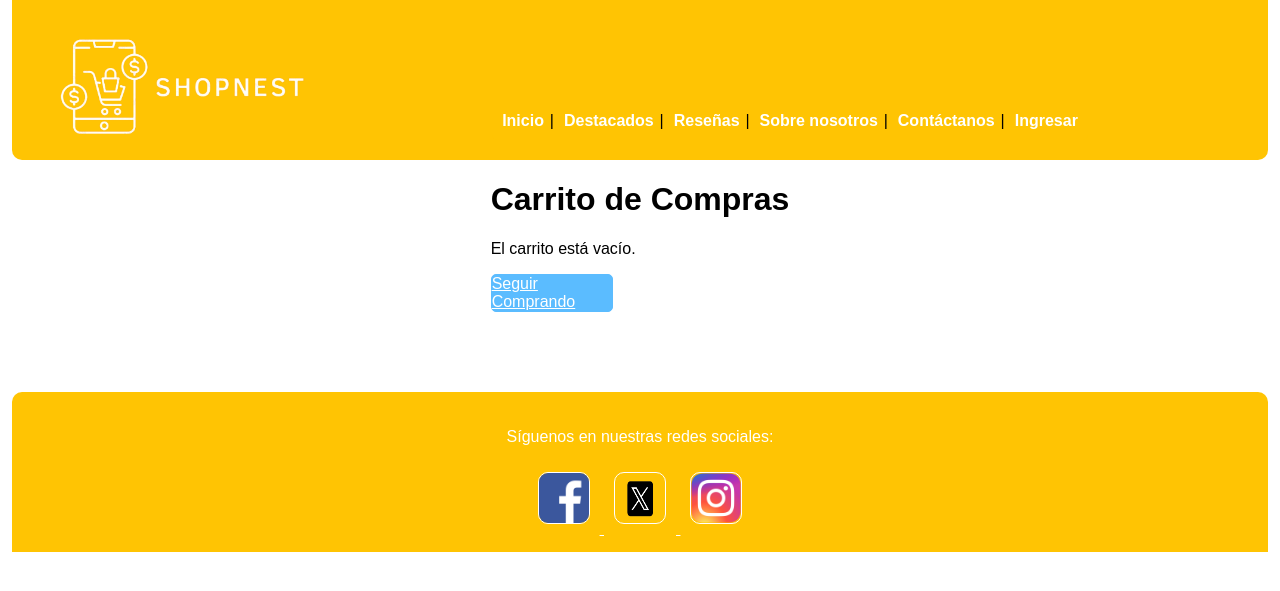
Repository: Regmalek07/ProyectoU
Page: carrito.html
An editor plug-in stored every save of this project. The page is shown before and after the next save, followed by the edit.
The browser window is 1280 px wide. The pictures show the whole page.

Above is the page before, as saved 2024-04-30 01:44:08.

### carrito.html
<!DOCTYPE html>
<html lang="es">
<head>
    <meta charset="UTF-8">
    <meta name="viewport" content="width=device-width, initial-scale=1.0">
    <title>Carrito de Compras</title>
    <link rel="stylesheet" href="styles/styles1.css">
</head>
<body>
    <header>
        <div class="logo">
            <a href="home.html">
                <img src="images/Logo_1.png" alt="LogoShop">
            </a>
        </div>
            <nav class="menu-container">
                <ul>
                    <li><a href="home.html">Inicio</a><span>|</span></li>
                    <li><a href="destacado.html">Destacados</a><span>|</span></li>
                    <li><a href="resena.html">Reseñas</a><span>|</span></li>
                    <li><a href="sobre_nosotros.html">Sobre nosotros</a><span>|</span></li>
                    <li><a href="contacto.html">Contáctanos</a><span>|</span></li>
                    <li id="btIngresar" class="menu"> <!-- Cambia la clase a "menu" -->
                        <a>Ingresar</a>
                        <ul>
                            <li><a href="inicio_sesion.html">Iniciar Sesion</a></li>
                            <li><a href="registro.html">Regístrate</a></li>
                        </ul>
                    </li>
                </ul>
            </nav>
        <nav>
            <button id="logout-button" onclick="logout()" style="display: none;">Cerrar sesión</button>
        </nav>
    </header>

    <main>
        <h1>Carrito de Compras</h1>
        <div id="carrito-container">
            <!-- Aquí se mostrarán los artículos del carrito -->
        </div>
        <div class="comprar">
            <a href="home.html">Seguir Comprando</a>
        </div>
    </main>

    <footer>
        <p>Síguenos en nuestras redes sociales:</p>
        <div>
            <a href="https://www.facebook.com/tu_pagina" target="_blank">
                <img src="images/faceLogo.png" alt="Facebook" class="redes">
            </a>
            <a href="https://twitter.com/tu_pagina" target="_blank">
                <img src="images/xLogo.png" alt="Twitter" class="redes">
            </a>
            <a href="https://www.instagram.com/tu_pagina" target="_blank">
                <img src="images/instaLogo.png" alt="Instagram" class="redes">
            </a>
        </div>
    </footer>

    <script src="carrito.js"></script>
    <script src="localsesion.js"></script>
</body>
</html>

### styles/styles1.css
/* Estilos generales */
body {
    font-family: Arial, sans-serif;
    margin: 0;
    padding: 0;
    display: flex;
    flex-direction: column;
    align-items: center;
}

header {
    background-color: #ffc403;
    padding: 20px;
    display: flex;
    justify-content: space-between;
    align-items: center;
    max-height: 120px;
    width: 95%;
    border-bottom-left-radius: 10px;
    border-bottom-right-radius: 10px;
}

footer {
    background-color: #ffc403;
    margin-top: 80px;
    padding: 20px;
    text-align: center;
    max-height: 120px;
    width: 95%;
    border-top-left-radius: 10px;
    border-top-right-radius: 10px;
}

footer a, footer p {
    color: #fff;
}

.logo img {
    width: 300px;
}

.catalogo {
    text-align: center;
    padding: 20px;
}

.productos {
    display: flex;
    justify-content: center;
    flex-wrap: wrap;
    gap: 20px;
    height: 550px;
}

.producto {
    margin: 20px;
    padding: 20px;
    border: 1px solid #ccc;
    border-radius: 10px;
    width: 250px;
}

.producto img {
    width: 100%;
    height: 50%;
    border-radius: 10px;
}

.producto h2 {
    margin-top: 10px;
}

.producto p {
    margin-top: 10px;
}

button {
    background-color: #5BBCFF;
    color: #fff;
    padding: 10px 20px;
    border: none;
    border-radius: 5px;
    cursor: pointer;
}

.menu-container {
    background-color: #ffc403; /* Color del encabezado */
    padding: 10px 0; /* Agrega un poco de espacio alrededor del menú */
    padding: 10px;
    border-left: 2px;
    border-right: 2px;
    border-bottom: 2px;
    border-bottom-left-radius: 5px;
    border-bottom-right-radius: 5px;
}

nav {
    margin-top: auto;

}

nav ul {
    list-style-type: none;
    margin: 0;
    padding: 0;
    display: flex;
    justify-content: center;
}

nav li {
    margin-right: 20px;
    position: relative;
}

nav li:last-child {
    margin-right: 0;
}

nav span {
    position: absolute;
    top: 50%;
    right: -10px;
    transform: translateY(-50%);
}

nav a {
    text-decoration: none;
    color: #fff;
    font-weight: bold;
}

nav a:hover {
    color: #105;
}

.menu {
    position: relative;
    text-align: center;
}

.menu ul {
    list-style-type: none;
    padding: 0;
    margin: 0;
    display: none; /* Oculta las opciones por defecto */
    position: absolute;
    left: 0;
    width: 150px;
    background-color: #ffc403; /* Color de fondo */
    border-radius: 5px; /* Redondea las esquinas */
}

.menu:hover ul {
    display: block; /* Muestra las opciones al pasar el ratón */
}

.menu ul li:first-child {
    border-top: none; /* Elimina el borde superior del primer elemento */
}

.menu ul li a {
    display: block;
    text-decoration: none;
    color: #fff; /* Color del texto */
    padding: 10px; /* Añade un relleno */
    width: 150px;
}

.menu ul li a:hover {
    color: #000; /* Cambia el color del texto al pasar el ratón */
}

.redes {
    margin: 10px;
    width: 50px;
    height: 50px;
    border: 1px solid #fff;
    border-radius: 10px;
}

.comprar {
    background-color: #5BBCFF;
    margin-top: 10px;
    height: auto;
    width: 120px;
    border: 1px solid #5BBCFF;
    border-radius: 5px;
    align-content: center;
}

.comprar a {
    color: #fff;
}

### carrito.js
// Obtener el contenedor del carrito
var carritoContainer = document.getElementById("carrito-container");

// Función para mostrar los artículos del carrito
function mostrarCarrito() {
    // Obtener los datos del carrito del almacenamiento local
    var carrito = JSON.parse(localStorage.getItem("carrito")) || [];

    // Limpiar el contenido del contenedor del carrito
    carritoContainer.innerHTML = "";

    // Verificar si el carrito está vacío
    if (carrito.length === 0) {
        carritoContainer.innerHTML = "<p>El carrito está vacío.</p>";
    } else {
        // Recorrer cada artículo en el carrito
        carrito.forEach(function (producto) {
            // Crear elementos HTML para mostrar la información del producto
            var productoDiv = document.createElement("div");
            productoDiv.classList.add("producto-carrito");
            productoDiv.innerHTML = `
                <img src="images/${producto.imagen}" alt="${producto.nombre}">
                <h2>${producto.nombre}</h2>
                <p>${producto.descripcion}</p>
                <h3>${producto.precio}</h3>
                <button onclick="eliminarDelCarrito('${producto.id}')">Eliminar del carrito</button>
            `;

            // Agregar el producto al contenedor del carrito
            carritoContainer.appendChild(productoDiv);
        });
    }
}

// Función para eliminar un artículo del carrito
function eliminarDelCarrito(idProducto) {
    // Obtener el carrito del almacenamiento local
    var carrito = JSON.parse(localStorage.getItem("carrito")) || [];

    // Filtrar el carrito para excluir el producto con el ID dado
    var nuevoCarrito = carrito.filter(function (producto) {
        return producto.id !== idProducto;
    });

    // Guardar el nuevo carrito en el almacenamiento local
    localStorage.setItem("carrito", JSON.stringify(nuevoCarrito));

    // Actualizar la visualización del carrito
    mostrarCarrito();
}

// Llamar a la función mostrarCarrito cuando la página se cargue
document.addEventListener("DOMContentLoaded", mostrarCarrito);

### localsesion.js
// Función para cerrar sesión
function logout() {
    // Eliminar el estado de autenticación del almacenamiento local
    localStorage.removeItem("authenticated");
    // Redirigir al usuario al inicio de sesión
    window.location.href = "inicio_sesion.html";
}
document.addEventListener("DOMContentLoaded", function() {
    // Verificar el estado de autenticación al cargar la página
    var isAuthenticated = localStorage.getItem("authenticated");

    if (isAuthenticated) {
        // Si el usuario está autenticado, mostrar el botón de cierre de sesión
        document.getElementById("logout-button").style.display = "block";
    } else {
        // Si el usuario no está autenticado, ocultar el botón de cierre de sesión
        document.getElementById("logout-button").style.display = "none";
    }

    var btnIngresar = document.getElementById("btIngresar");

    if (isAuthenticated) {
        // Si el usuario está autenticado, ocultar el botón de Ingresar
        btIngresar.style.display = "none";
    } else {
        // Si el usuario no está autenticado, mostrar el botón de Ingresar
        btIngresar.style.display = "block";
    }
});

After the next save:
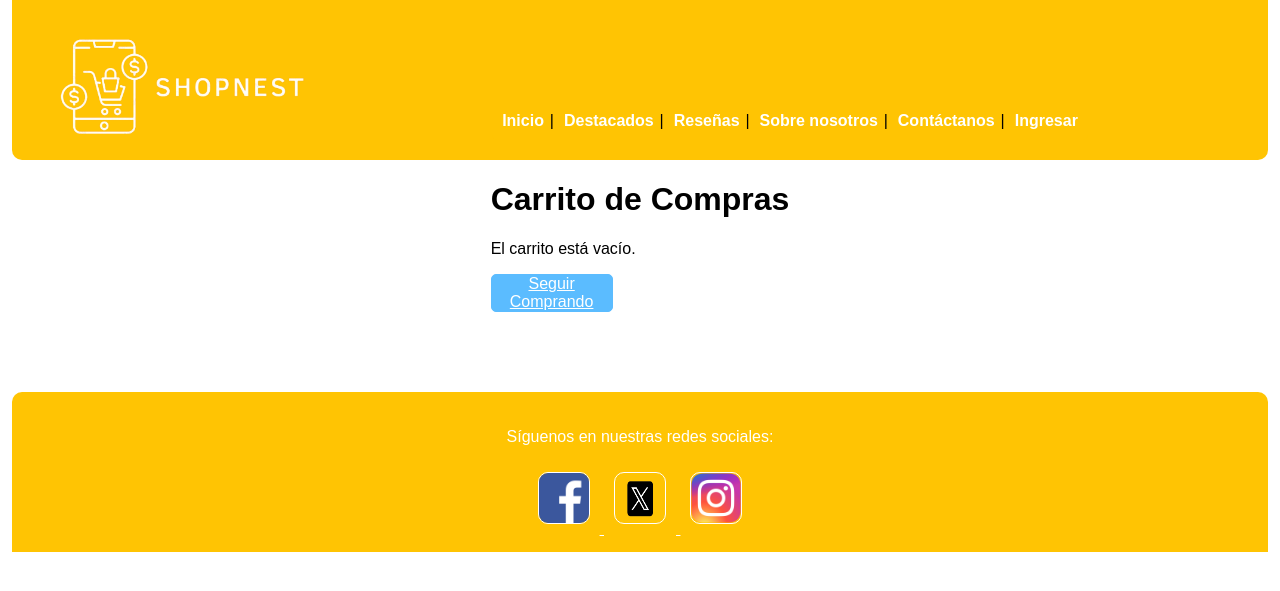
Saved 31 s later.
--- a/styles/styles1.css
+++ b/styles/styles1.css
@@ -185,9 +185,10 @@
     width: 120px;
     border: 1px solid #5BBCFF;
     border-radius: 5px;
-    align-content: center;
+    text-align: center;
 }
 
 .comprar a {
+    text-align: center;
     color: #fff;
 }
